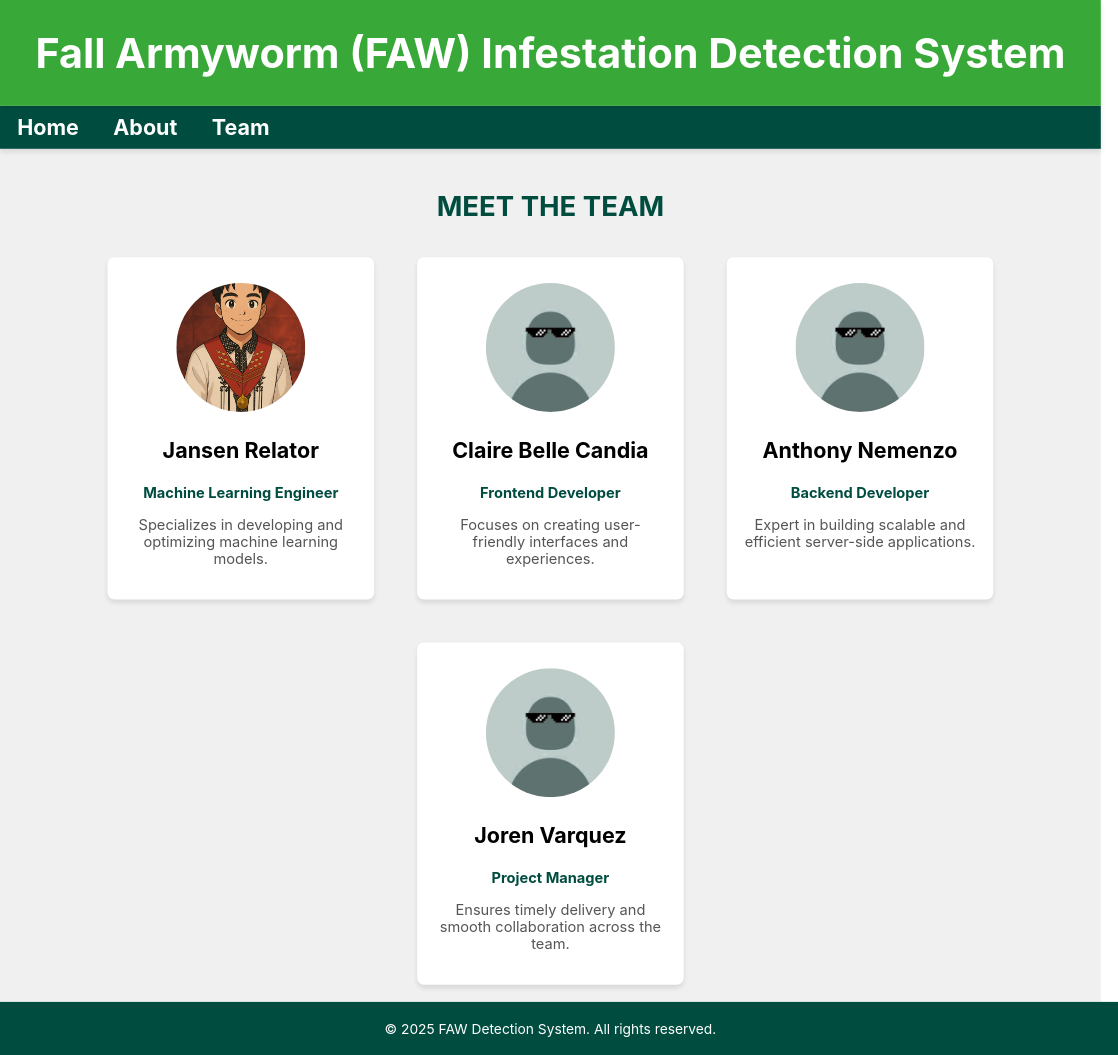
Repository: jansen223/faw-detection-main
Page: /team
These files come from the project's save history. The page is drawn as it stood at one moment and after the next save; the edit follows.
The browser window is 1280 px wide. The page is 1300 px wide, then 1280 px, then 1300 px, so the pictures cover 1300 px, including what lies to the right of the window. The pictures show the whole page, at 86% of full size.
The page's requests for data from a server got no answer. The project was rebuilt for these pictures with package versions that can differ from the ones it lists, and the page was loaded fresh each time. No one was signed in, and anything a server would have sent is missing. Also part of the build but not shown: src/pages/Home.css, src/pages/Home.js, src/pages/About.css, src/pages/About.js, src/pages/Summary.css, src/pages/Summary.js.

Above is the page before, as saved 2025-04-10 19:02:21.

### public/index.html
<!DOCTYPE html>
<html lang="en">
<head>
  <meta charset="utf-8" />
  <link rel="icon" href="%PUBLIC_URL%/maize_icon.jpg" />
  <meta name="viewport" content="width=device-width, initial-scale=1" />
  <meta name="theme-color" content="#000000" />
  <meta name="description" content="FAW Detection Web Interface" />
  <title>FAW Detection</title>
</head>
<body>
  <noscript>You need to enable JavaScript to run this app.</noscript>
  <div id="root"></div>
</body>
</html>

### src/App.js
import React, { useEffect, useRef } from 'react';
import { BrowserRouter as Router, Routes, Route, Link } from 'react-router-dom';
import { io } from 'socket.io-client';
import Home from './pages/Home';
import About from './pages/About';
import Team from './pages/Team';
import Summary from './pages/Summary';
import './App.css';

function App() {
  const canvasRef = useRef(null);
  const socketRef = useRef(null);
  const [counts, setCounts] = React.useState({ infested: 0, notInfested: 0 });

  useEffect(() => {
    socketRef.current = io('http://192.168.254.108:5000');

    let lastRenderTime = 0;
    socketRef.current.on('video_frame', (data) => {
      const now = Date.now();
      if (now - lastRenderTime < 100) return; // Skip frames if less than 100ms
      lastRenderTime = now;

      const img = new Image();
      img.src = `data:[embedded picture, 38 characters]

      img.onload = () => {
        const canvas = canvasRef.current;
        if (!canvas) return;
        const ctx = canvas.getContext('2d');
        canvas.width = img.width;
        canvas.height = img.height;
        ctx.drawImage(img, 0, 0);
      };
    });

    socketRef.current.on('detection_counts', (data) => {
      setCounts({
        infested: data.infested_count,
        notInfested: data.not_infested_count
      });
    });

    return () => {
      if (socketRef.current) socketRef.current.disconnect();
    };
  }, []);

  const resetCounts = async () => {
    try {
      const response = await fetch('http://192.168.254.108:5000/reset_counts', {
        method: 'POST',
      });
      const data = await response.json();
      if (data.message) {
        setCounts({ infested: 0, notInfested: 0 });
        alert(data.message);
      }
    } catch (error) {
      console.error('Error resetting counts:', error);
    }
  };

  return (
    <Router>
      <div className="App">
        <header className="App-header">
          <h1>Fall Armyworm (FAW) Infestation Detection System</h1>
        </header>
        <nav className="App-navbar">
          <ul>
            <li><Link to="/">Home</Link></li>
            <li><Link to="/about">About</Link></li>
            <li><Link to="/team">Team</Link></li>
          </ul>
        </nav>
        <Routes>
          <Route path="/" element={<Home canvasRef={canvasRef} counts={counts} resetCounts={resetCounts} />} />
          <Route path="/about" element={<About />} />
          <Route path="/team" element={<Team />} />
          <Route path="/summary" element={<Summary />} />
        </Routes>
        <footer className="App-footer">
          <p>&copy; 2025 FAW Detection System. All rights reserved.</p>
        </footer>
      </div>
    </Router>
  );
}

export default App;

### src/pages/Team.js
import React from 'react';
import './Team.css';

function Team() {
  const teamMembers = [
    {
      name: "Jansen Relator",
      role: "Machine Learning Engineer",
      description: "Specializes in developing and optimizing machine learning models.",
      image: "images/jansen.png"
    },
    {
      name: "Claire Belle Candia",
      role: "Frontend Developer",
      description: "Focuses on creating user-friendly interfaces and experiences.",
      image: "images/profile.jpg"
    },
    {
      name: "Anthony Nemenzo",
      role: "Backend Developer",
      description: "Expert in building scalable and efficient server-side applications.",
      image: "images/profile.jpg"
    },
    {
      name: "Joren Varquez",
      role: "Project Manager",
      description: "Ensures timely delivery and smooth collaboration across the team.",
      image: "images/profile.jpg"
    }
  ];

  return (
    <div className="team-container">
      <h2>MEET THE TEAM</h2>
      <div className="team-members">
        {teamMembers.map((member, index) => (
          <div key={index} className="team-member">
            <img src={member.image} alt={`${member.name}`} className="team-member-image" />
            <h3>{member.name}</h3>
            <p className="team-member-role">{member.role}</p>
            <p className="team-member-description">{member.description}</p>
          </div>
        ))}
      </div>
    </div>
  );
}

export default Team;

### src/App.css
html {
  margin: 0;
  padding: 0;
}

body {
  margin: 0;
  padding: 0;
}

.App {
  text-align: center;
  background-color: #f0f0f0;
  min-height: 100vh;
  display: flex;
  flex-direction: column;
  align-items: center;
}

.App-header {
  background-color: rgba(9, 151, 9, 0.795);
  color: white;
  text-align: center;
  font-size: 1.5rem;
  font-weight: bold;
  box-shadow: 0 4px 6px rgba(0, 0, 0, 0.1);
  top: 0;
  z-index: 1000;
  width: 100%;
  margin: 0;
  box-sizing: border-box;
}

.App-navbar {
  background-color: #004d40;
  color: white;
  padding: 10px 0 10px 0;
  display: flex;
  justify-content: space-between;
  align-items: center;
  box-shadow: 0 4px 6px rgba(0, 0, 0, 0.1);
  width: 100%;
}

.App-navbar ul {
  list-style: none;
  display: flex;
  gap: 40px;
  margin: 0;
  padding: 0;
  padding-left: 20px;
}

.App-navbar a {
  color: white;
  text-decoration: none;
  font-weight: bold;
  font-size: 25px;
}

.App-navbar a:hover {
  text-decoration: underline;
}

.App-footer {
  background-color: #004d40;
  color: white;
  padding: 5px 20px;
  text-align: center;
  bottom: 0;
  width: 100%;
}

### src/pages/Team.css
.team-container {
  padding: 20px;
  text-align: center;
}

.team-container h2 {
  font-size: 2rem;
  color: #004d40;
  margin-bottom: 40px;
}

.team-members {
  display: flex;
  flex-wrap: wrap;
  gap: 50px;
  justify-content: center;
  margin-top: 20px;
}

.team-member {
  background-color: #ffffff;
  border-radius: 8px;
  box-shadow: 0 4px 6px rgba(0, 0, 0, 0.1);
  padding: 20px;
  text-align: center;
  width: 270px;
}

.team-member h3 {
  font-size: 25px;
}

.team-member p {
  font-size: 17px;
}
.team-member-image {
  border-radius: 50%;
  width: 150px;
  height: 150px;
  object-fit: cover;
  margin-top: 10px;
}

.team-member-role {
  font-weight: bold;
  color: #004d40;
  margin: 5px 0;
}

.team-member-description {
  font-size: 0.9rem;
  color: #555;
}

Loaded but not shown: src/index.js (common file); src/index.css (common file); src/reportWebVitals.js (common file)

After the next save:
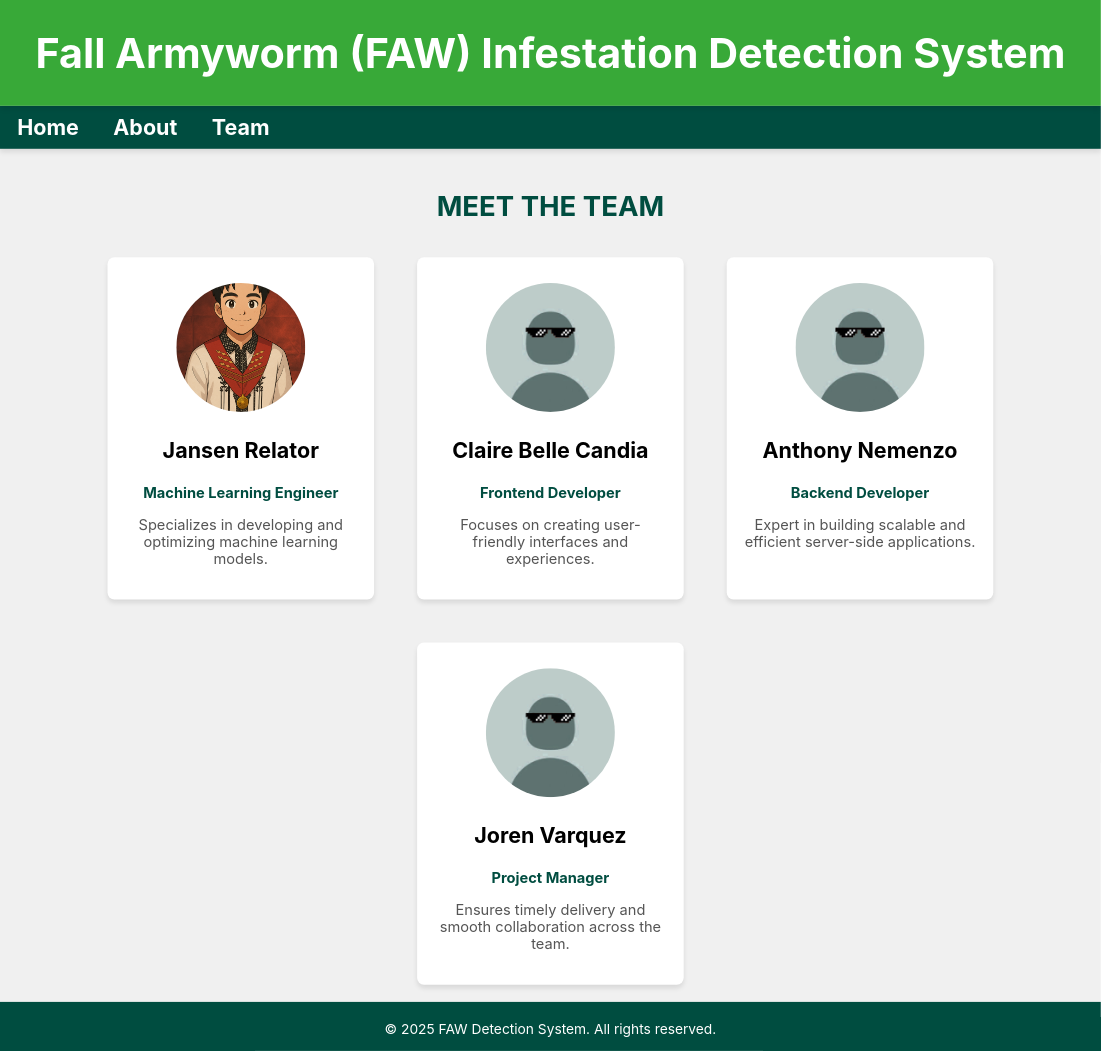
Saved 45 s later.
--- a/src/App.css
+++ b/src/App.css
@@ -65,7 +65,7 @@ body {
 .App-footer {
   background-color: #004d40;
   color: white;
-  padding: 5px 20px;
+  padding: 5px 0 0 0;
   text-align: center;
   bottom: 0;
   width: 100%;

After the save that followed:
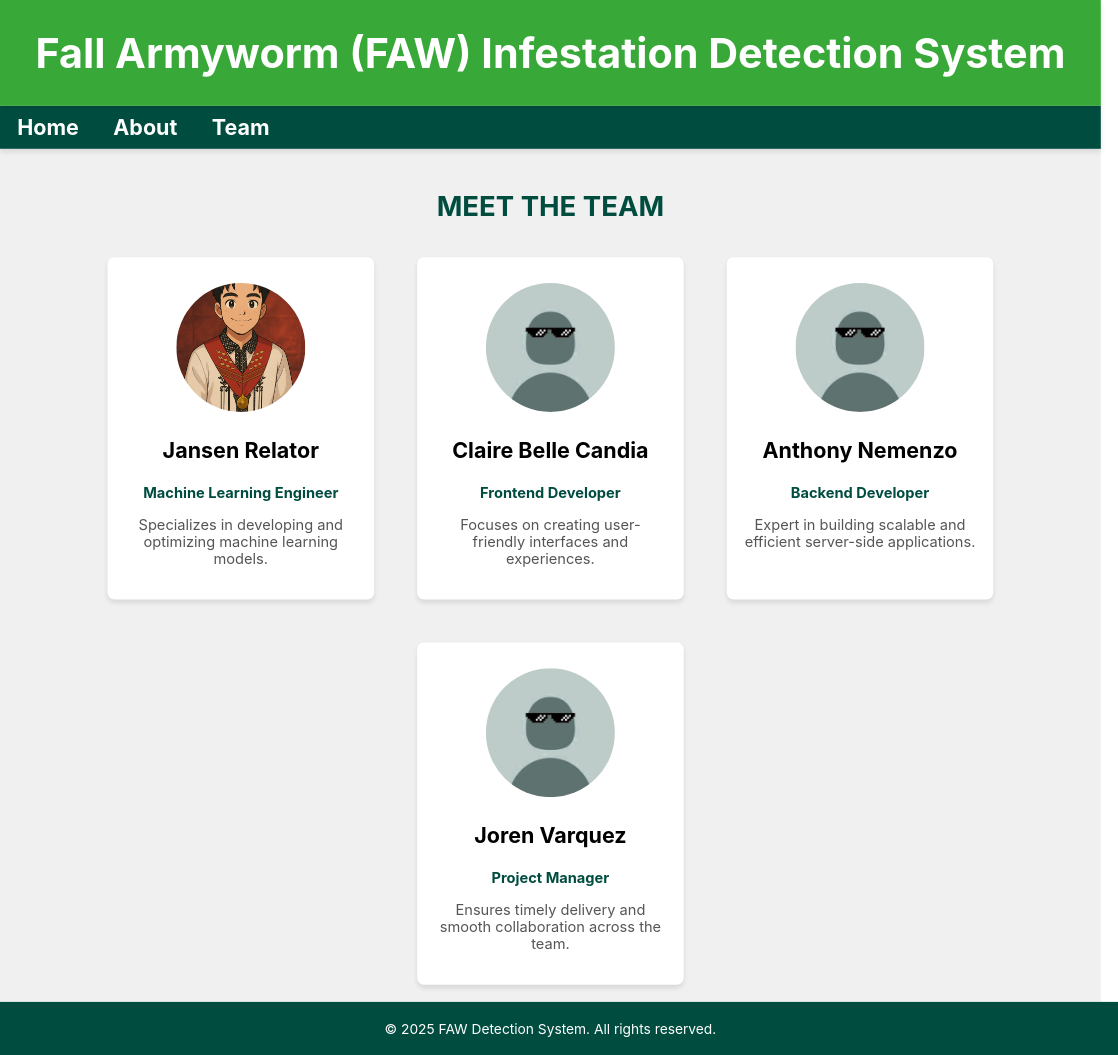
Saved 51 s later.
--- a/src/App.css
+++ b/src/App.css
@@ -65,7 +65,7 @@ body {
 .App-footer {
   background-color: #004d40;
   color: white;
-  padding: 5px 0 0 0;
+  padding: 5px 20px;
   text-align: center;
   bottom: 0;
   width: 100%;
